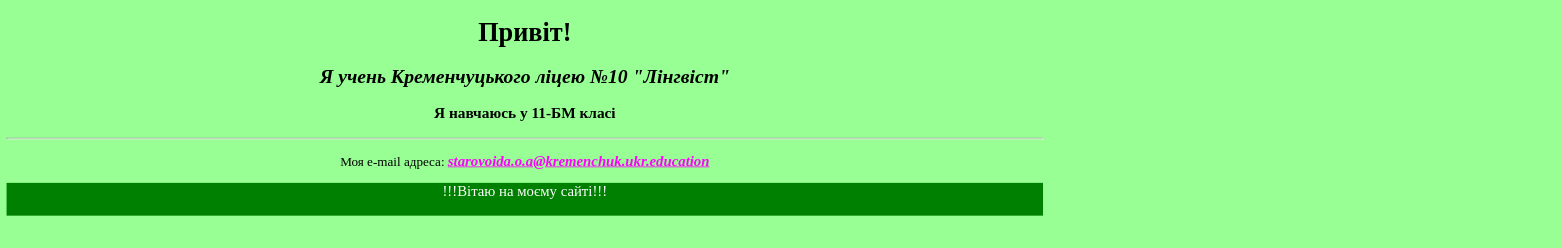
Repository: alexandrastarovoyda-star/homework_info
Page: pr3/html/pr3.html
The author's editor kept a copy of each file at every save. The page is drawn from the files as they stood at one save, then again after the next save.
The browser window is 1280 px wide. The page is 1280 px wide, then 1904 px, so the pictures cover 1904 px, including what lies to the right of the window. The pictures show the whole page, at 82% of full size.

Above is the page before, as saved 2026-01-28 11:56:41.

### pr3/html/pr3.html
<!DOCTYPE html>
<html lang="ua">
    <head>
        <title>Веб-сторінка Старовойда Олександра</title>
        <meta charset="utf-8">
        <link rel="stylesheet" href="../css/main.css">
    </head>
    <body>
        <h1 class="bl">Привіт!</h1>
        <h2 class="itl">Я учень Кременчуцького ліцею №10 "Лінгвіст"</h2>
        <h3 class="bl">Я навчаюсь у 11-БМ класі</h3>
        <hr>
        <p>Моя e-mail адреса: <a class="mail" href="mailto:starovoida.o.a@kremenchuk.ukr.education?subject=Рекламна_пропозиція">starovoida.o.a@kremenchuk.ukr.education</a></p>
        <div class="marquee"> !!!Вітаю на моєму сайті!!!</div>
    </body>
</html>

### pr3/css/main.css
body{
    background-color: rgba(131, 255, 127, 0.829);
    text-align: center;
}

.bl{
    font-weight: bold;
}

.itl{
    font-style: italic;
}

.mail{
    color: magenta;
    font-style: italic;
    font-weight: bold;
    font-size: 18px;
}

.marquee {
    background-color: green;
    margin-top: 20 px;
    width: 100%;
    height: 40px;
    animation: move 10s linear infinite;
    white-space: nowrap;
    color: white;
    font-size: 18px;
}

After the next save:
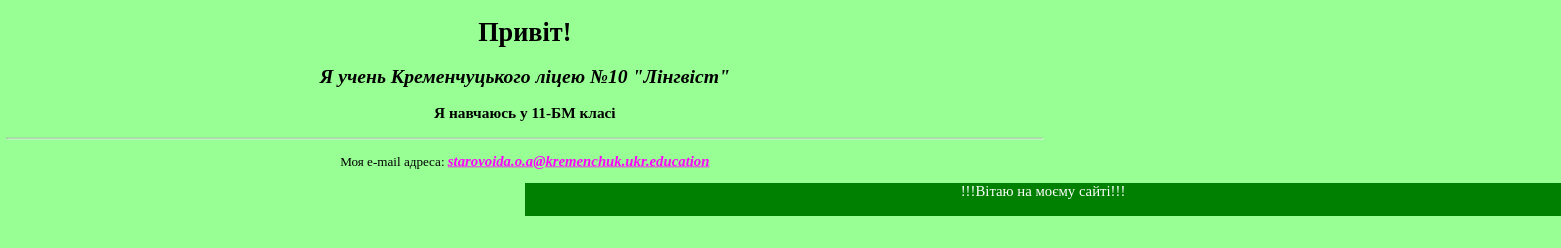
Saved 9 min 17 s later.
--- a/pr3/css/main.css
+++ b/pr3/css/main.css
@@ -28,3 +28,12 @@
     color: white;
     font-size: 18px;
 }
+
+@keyframes move{
+    from{
+    transfrom: translateX(-100%)
+}
+to {
+    transform: translateX(100%)
+}
+}
